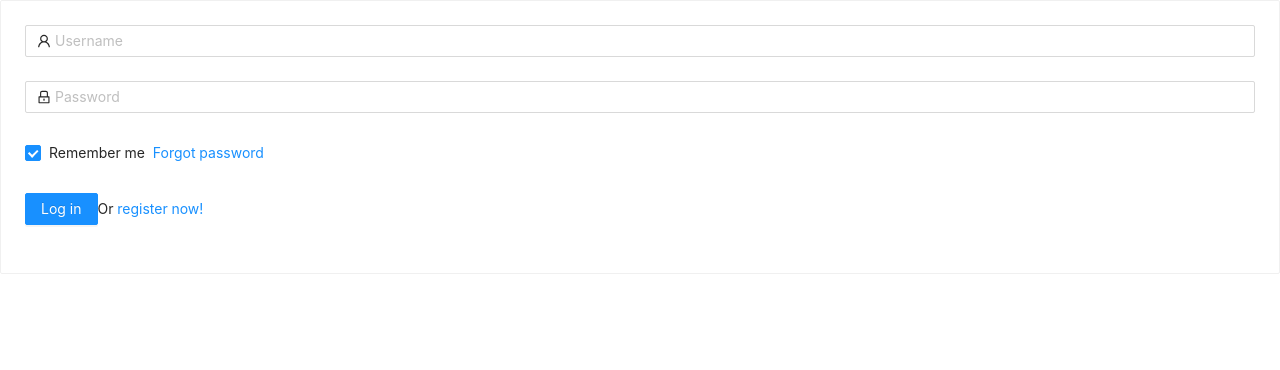
Repository: 13982720426/demo01
Page: /#/login
An editor plug-in stored every save of this project. The page is shown before and after the next save, followed by the edit.
The browser window is 1280 px wide. The pictures show the whole page.
The project was rebuilt for these pictures with package versions that can differ from the ones it lists, and the page was loaded fresh each time. Also part of the build but not shown: src/pages/admin/dashboard/Index.js, src/pages/admin/products/List.js, src/pages/admin/products/Edit.js, src/pages/PageNotFound.js, src/components/Frame/Index.js, src/App.js.

Above is the page before, as saved 2021-04-04 21:27:24.

### src/index.js
import React from 'react'
import ReactDOM from 'react-dom'
import './index.css'
import App from './App'
import 'antd/dist/antd.css'
import { HashRouter as Router, Switch, Route, Redirect } from 'react-router-dom'
import { mainRoutes } from './routes'

ReactDOM.render(
  <Router>
    <Switch>
      <Route path="/admin" render={(routeProps) => <App {...routeProps} />} />
      {mainRoutes.map((route) => {
        return <Route key={route.path} {...route} />
      })}
      <Redirect to="/admin" from="/" />

      <Redirect to="/404" />
    </Switch>
  </Router>,
  document.getElementById('root')
)

### src/routes/index.js
import Login from '../pages/Login'
import Index from '../pages/admin/dashboard/Index'
import List from '../pages/admin/products/List'
import Edit from '../pages/admin/products/Edit'
import PageNotFound from '../pages/PageNotFound'

export const mainRoutes = [
  {
    path: '/login',
    component: Login,
  },
  {
    path: '/404',
    component: PageNotFound,
  },
]

export const adminRoutes = [
  {
    path: '/admin/dashboard',
    component: Index,
    isShow: true,
    title: '看板',
  },
  {
    path: '/admin/products',
    component: List,
    isShow: true,
    exact: true,
    title: '商品管理',
  },
  {
    path: '/admin/products/edit/:id?',
    component: Edit,
    isShow: false,
  },
]

### src/App.css
html,body,#root,
.ant-layout{
    width: 100%;
    height: 100%;
}

### src/pages/Login.js
import React from 'react'
import { Form, Input, Button, Checkbox, Card } from 'antd'
import { UserOutlined, LockOutlined } from '@ant-design/icons'
function Login(props) {
  const onFinish = (values) => {
    console.log('Received values of form: ', values)
  }
  return (
    <Card>
      <Form
        name="normal_login"
        className="login-form"
        initialValues={{
          remember: true,
        }}
        onFinish={onFinish}
      >
        <Form.Item
          name="username"
          rules={[
            {
              required: true,
              message: 'Please input your Username!',
            },
          ]}
        >
          <Input
            prefix={<UserOutlined className="site-form-item-icon" />}
            placeholder="Username"
          />
        </Form.Item>
        <Form.Item
          name="password"
          rules={[
            {
              required: true,
              message: 'Please input your Password!',
            },
          ]}
        >
          <Input
            prefix={<LockOutlined className="site-form-item-icon" />}
            type="password"
            placeholder="Password"
          />
        </Form.Item>
        <Form.Item>
          <Form.Item name="remember" valuePropName="checked" noStyle>
            <Checkbox>Remember me</Checkbox>
          </Form.Item>

          <a className="login-form-forgot" href="">
            Forgot password
          </a>
        </Form.Item>

        <Form.Item>
          <Button
            type="primary"
            htmlType="submit"
            className="login-form-button"
          >
            Log in
          </Button>
          Or <a href="">register now!</a>
        </Form.Item>
      </Form>
    </Card>
  )
}

export default Login

Loaded but not shown: public/index.html (common file); src/index.css (common file)

After the next save:
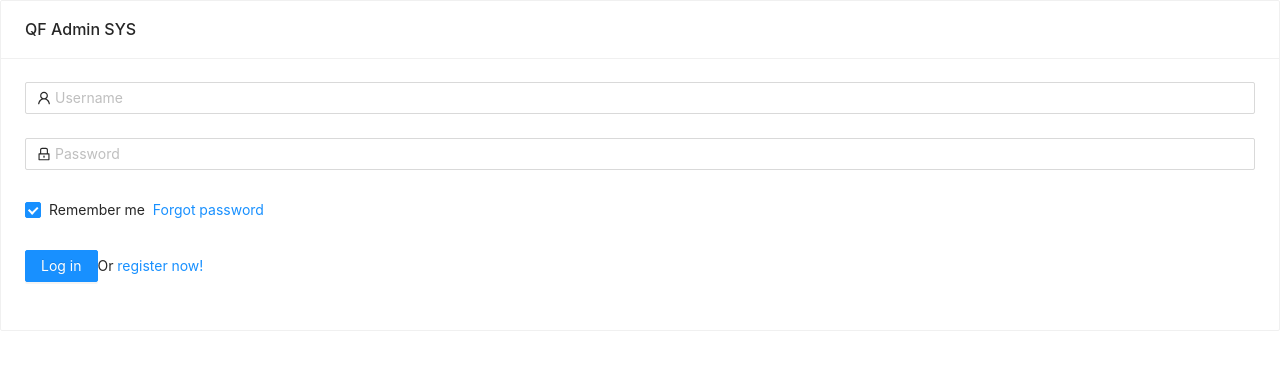
Saved 33 s later.
--- a/src/pages/Login.js
+++ b/src/pages/Login.js
@@ -6,7 +6,7 @@ function Login(props) {
     console.log('Received values of form: ', values)
   }
   return (
-    <Card>
+    <Card title="QF Admin SYS">
       <Form
         name="normal_login"
         className="login-form"
